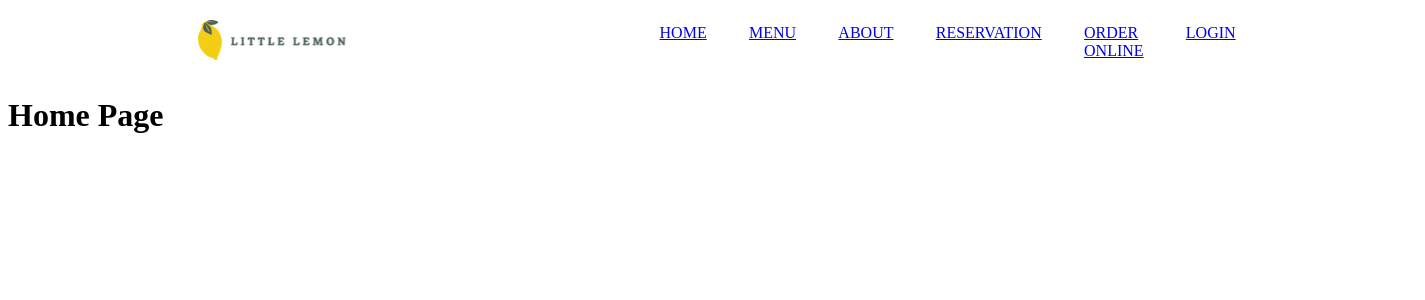
Repository: Yeshwanth-189/little-lemon
Page: / (app in little-lemon/)
An editor plug-in stored every save of this project. The page is shown before and after a run of saves, followed by the edit.
The browser window is 1280 px wide. The page is 1280 px wide, then 1425 px, so the pictures cover 1425 px, including what lies to the right of the window. The pictures show the whole page.
The project was rebuilt for these pictures with package versions that can differ from the ones it lists, and the page was loaded fresh each time. Also part of the build but not shown: little-lemon/src/index.css.

Above is the page before, as saved 2025-04-26 16:12:46.

### little-lemon/public/index.html
<!DOCTYPE html>
<html lang="en">
  <head>
    <meta charset="utf-8" />
    <link rel="icon" href="%PUBLIC_URL%/Logo.png" />
    <meta name="viewport" content="width=device-width, initial-scale=1" />
    <meta name="theme-color" content="#000000" />
    <meta
      name="description"
      content="Little Lemon is a family-run Mediterranean restaurant in Chicago, IL."
    />
    <meta name="og:image" content="%PUBLIC_URL%/Logo.png" />
    <meta name="og:title" content="Little-Lemon Restaurant" />
    <link rel="apple-touch-icon" href="%PUBLIC_URL%/Logo.png" />
    <!--
      manifest.json provides metadata used when your web app is installed on a
      user's mobile device or desktop. See https://developers.google.com/web/fundamentals/web-app-manifest/
    -->
    <link rel="manifest" href="%PUBLIC_URL%/manifest.json" />
    <!--
      Notice the use of %PUBLIC_URL% in the tags above.
      It will be replaced with the URL of the `public` folder during the build.
      Only files inside the `public` folder can be referenced from the HTML.

      Unlike "/favicon.ico" or "favicon.ico", "%PUBLIC_URL%/favicon.ico" will
      work correctly both with client-side routing and a non-root public URL.
      Learn how to configure a non-root public URL by running `npm run build`.
    -->
    <title>Little Lemon</title>
    <link rel="stylesheet" href="%PUBLIC_URL%/index.css" />
  </head>
  <body>
    <noscript>You need to enable JavaScript to run this app.</noscript>
    <div id="root"></div>
    <!--
      This HTML file is a template.
      If you open it directly in the browser, you will see an empty page.

      You can add webfonts, meta tags, or analytics to this file.
      The build step will place the bundled scripts into the <body> tag.

      To begin the development, run `npm start` or `yarn start`.
      To create a production bundle, use `npm run build` or `yarn build`.
    -->
  </body>
</html>

### little-lemon/src/App.js
import React from "react";
import { BrowserRouter as Router, Routes, Route } from "react-router-dom";
import Nav from "./components/Navigation/NavBar";

function Home() {
  return <h1>Home Page</h1>;
}

function Menu() {
  return <h1>Menu Page</h1>;
}

function About() {
  return <h1>About Page</h1>;
}

function Reservation() {
  return <h1>Reservation Page</h1>;
}

function App() {
  return (
    <Router>
      <Nav />
      <Routes>
        <Route path="/" element={<Home />} />
        <Route path="/menu" element={<Menu />} />
        <Route path="/about" element={<About />} />
        <Route path="/reservation" element={<Reservation />} />
      </Routes>
    </Router>
  );
}

export default App;

### little-lemon/src/components/Navigation/NavBar.jsx
import React from "react";
import { Link } from "react-router-dom";
import Logo from "../../assets/Logo.svg";
import "./NavBar.css";

function Nav() {
  return (
    <nav className="nav-container">
      <div className="logo">
        <img src={Logo} alt="Little Lemon Logo" className="logo-img" />
      </div>
      <ul className="nav-links">
        <li>
          <Link to="/">HOME</Link>
        </li>
        <li>
          <Link to="/menu">MENU</Link>
        </li>
        <li>
          <Link to="/about">ABOUT</Link>
        </li>
        <li>
          <Link to="/reservation">RESERVATION</Link>
        </li>
        <li>
          <Link className="nav-links" to="/order">
            ORDER ONLINE
          </Link>
        </li>
        <li>
          <Link className="nav-links" to="/login">
            LOGIN
          </Link>
        </li>
      </ul>
    </nav>
  );
}

export default Nav;

### little-lemon/src/components/Navigation/NavBar.css
.nav-container {
  grid-column: 1 / span 12; /* Span across full width of the grid */
  display: flex;
  justify-content: space-between;
  align-items: center;
  padding: 20px 0;
  background-color: white; /* Match your design */
  position: sticky;
  top: 0;
  z-index: 10; /* Stay on top while scrolling */
}

@media (min-width: 768px) {
  .nav-container {
    padding: 0 5% 0% 5%;
    margin: 0% 10% 0% 10%;
  }
}

.logo-image {
  width: 100px;
  height: auto;
}

.nav-links {
  list-style: none;
  display: flex;
  gap: 10%;
}

Loaded but not shown: little-lemon/src/index.js (common file); little-lemon/src/reportWebVitals.js (common file); little-lemon/public/index.css (common file)

After the next 2 saves:
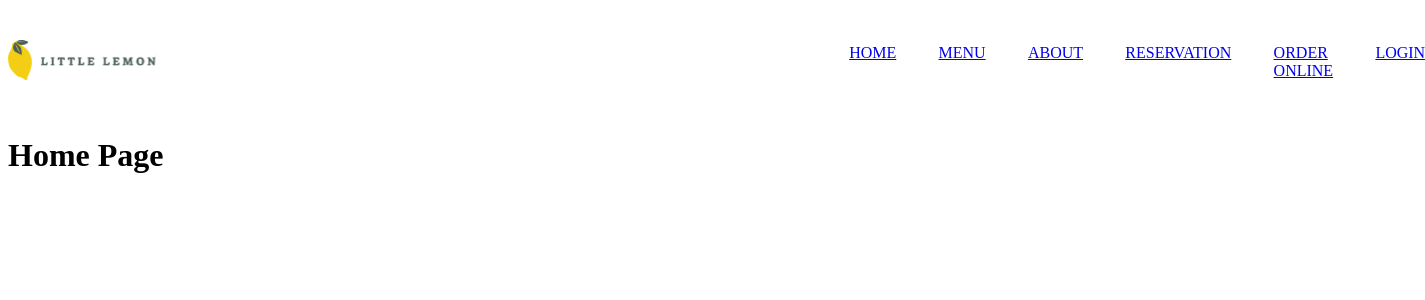
The 2 saves are shown as one change because they came seconds apart.
The last was saved 26 s later.
--- a/little-lemon/src/components/Navigation/NavBar.css
+++ b/little-lemon/src/components/Navigation/NavBar.css
@@ -4,6 +4,8 @@
   justify-content: space-between;
   align-items: center;
   padding: 20px 0;
+}
+
   background-color: white; /* Match your design */
   position: sticky;
   top: 0;
@@ -13,7 +15,6 @@
 @media (min-width: 768px) {
   .nav-container {
     padding: 0 5% 0% 5%;
-    margin: 0% 10% 0% 10%;
   }
 }
 
